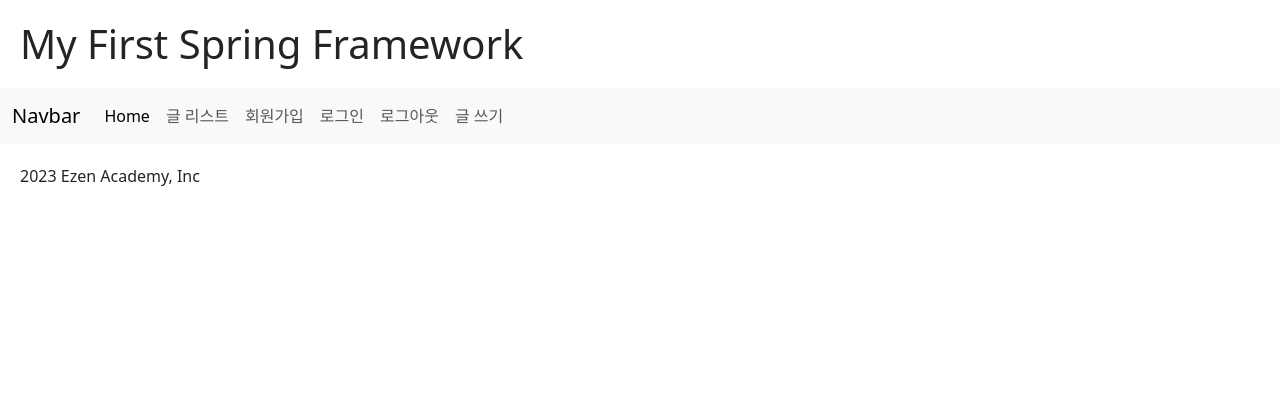
Repository: jinho0717/spring
Page: http://localhost/springProject/WEB-INF/views/member/register.jsp
The author's editor kept a copy of each file at every save. The page is drawn from the files as they stood at one save, then again after the next save.
The browser window is 1280 px wide. The pictures show the whole page.
The page is served by Tomcat 9. Nobody is signed in. Other server files are loaded and not shown. The template is opened directly, without the code that normally fills it, so the values that code supplies are empty.

Above is the page before, as saved 2023-10-27 10:23:26.

### springProject/src/main/webapp/WEB-INF/views/member/register.jsp
<%@ page language="java" contentType="text/html; charset=UTF-8"
    pageEncoding="UTF-8"%>
    <%@ taglib uri="http://java.sun.com/jsp/jstl/core" prefix="c" %>
<!DOCTYPE html>
<html>
<head>
<meta charset="UTF-8">
<title>Insert title here</title>
</head>
<body>
<jsp:include page="../common/header.jsp"></jsp:include>
<jsp:include page="../common/nav.jsp"></jsp:include>
<!-- email, pwd, nick_name -->
<div class="container">
</div>


<jsp:include page="../common/footer.jsp" />
</body>
</html>

### springProject/src/main/webapp/WEB-INF/views/common/header.jsp
<%@ page language="java" contentType="text/html; charset=UTF-8"
    pageEncoding="UTF-8"%>
     <%@ taglib uri="http://java.sun.com/jsp/jstl/core" prefix="c" %>
<!DOCTYPE html>
<html>
<head>
<meta charset="UTF-8">
<title>Insert title here</title>
<link href="https://cdn.jsdelivr.net/npm/bootstrap@5.3.1/dist/css/bootstrap.min.css" rel="stylesheet" integrity="sha384-4bw+/aepP/YC94hEpVNVgiZdgIC5+VKNBQNGCHeKRQN+PtmoHDEXuppvnDJzQIu9" crossorigin="anonymous">
<script src="https://cdn.jsdelivr.net/npm/bootstrap@5.3.1/dist/js/bootstrap.bundle.min.js" integrity="sha384-HwwvtgBNo3bZJJLYd8oVXjrBZt8cqVSpeBNS5n7C8IVInixGAoxmnlMuBnhbgrkm" crossorigin="anonymous"></script>
<style type="text/css">
h1 , p , h3, form{
margin: 20px
}
</style>
</head>
<body>
<h1>My First Spring Framework</h1>

</body>
</html>

### springProject/src/main/webapp/WEB-INF/views/common/nav.jsp
<%@ page language="java" contentType="text/html; charset=UTF-8"
    pageEncoding="UTF-8"%>
     <%@ taglib uri="http://java.sun.com/jsp/jstl/core" prefix="c" %>
<!DOCTYPE html>
<html>
<head>
<meta charset="UTF-8">
<title>Insert title here</title>

</head>
<body>
<header>
	<nav class="navbar navbar-expand-lg bg-body-tertiary">
  <div class="container-fluid">
    <a class="navbar-brand" href="#">Navbar</a>
    <button class="navbar-toggler" type="button" data-bs-toggle="collapse" data-bs-target="#navbarSupportedContent" aria-controls="navbarSupportedContent" aria-expanded="false" aria-label="Toggle navigation">
      <span class="navbar-toggler-icon"></span>
    </button>
    <div class="collapse navbar-collapse" id="navbarSupportedContent">
      <ul class="navbar-nav me-auto mb-2 mb-lg-0">
        <li class="nav-item">
          <a class="nav-link active" aria-current="page" href="/">Home</a>
        </li>
        <li class="nav-item">
          <a class="nav-link" href="/board/list">글 리스트</a>
        </li>
        <li class="nav-item">
          <a class="nav-link" href="/member/register">회원가입</a>
        </li>
        <li class="nav-item">
          <a class="nav-link" href="/member/login">로그인</a>
        </li>
        <li class="nav-item">
          <a class="nav-link" href="/member/logout">로그아웃</a>
        </li>
        <li class="nav-item">
          <a class="nav-link" href="/board/register">글 쓰기</a>
        </li>
      </ul>
    </div>
  </div>
</nav>
</header>
</body>
</html>

### springProject/src/main/webapp/WEB-INF/views/common/footer.jsp
<%@ page language="java" contentType="text/html; charset=UTF-8"
    pageEncoding="UTF-8"%>
    <%@ taglib uri="http://java.sun.com/jsp/jstl/core" prefix="c" %>
<!DOCTYPE html>
<html>
<head>
<meta charset="UTF-8">
<title>Insert title here</title>

</head>
<body>
<div>
	<p>2023 Ezen Academy, Inc</p>
</div>
</body>
</html>

After the next save:
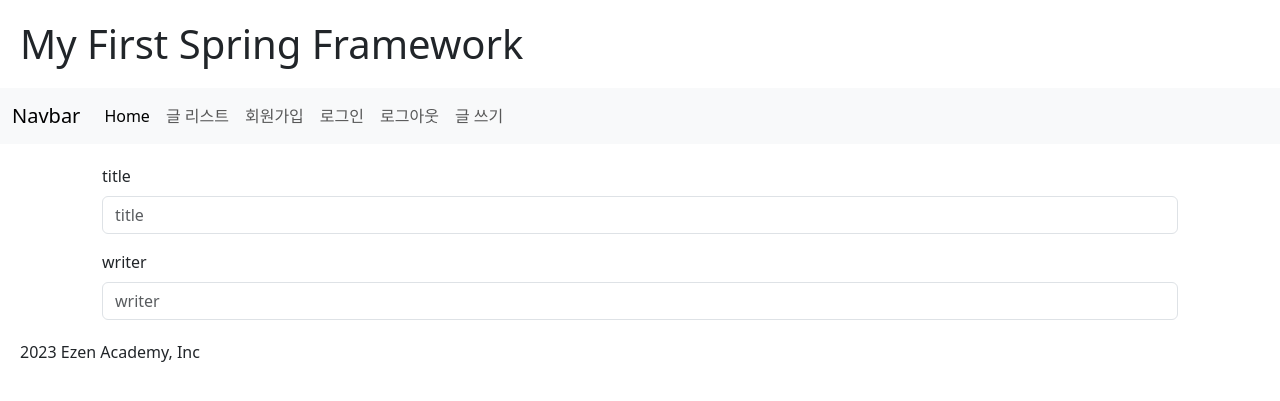
Saved 63 s later.
--- a/springProject/src/main/webapp/WEB-INF/views/member/register.jsp
+++ b/springProject/src/main/webapp/WEB-INF/views/member/register.jsp
@@ -12,6 +12,16 @@
 <jsp:include page="../common/nav.jsp"></jsp:include>
 <!-- email, pwd, nick_name -->
 <div class="container">
+<form action="/board/register" method="post" enctype="multipart/form-data">
+	<div class="mb-3">
+	  <label for="exampleFormControlInput1" class="form-label">title</label>
+	  <input type="text" class="form-control" name="title" id="exampleFormControlInput1" placeholder="title">
+	</div>
+	<div class="mb-3">
+	  <label for="exampleFormControlInput1" class="form-label">writer</label>
+	  <input type="text" class="form-control" name="writer" id="exampleFormControlInput1" placeholder="writer">
+	</div>
+</form>
 </div>
 
 
